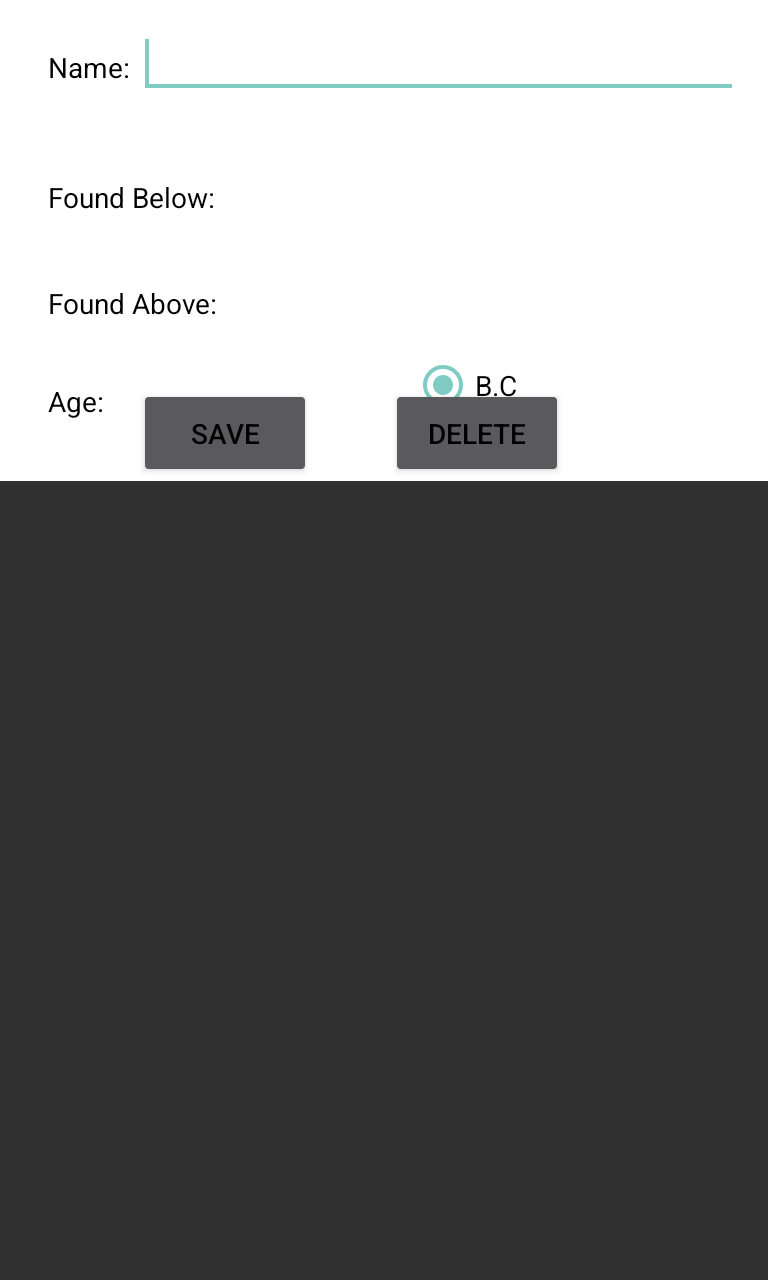
Repository: qfornaguera/AppQuelogy
Layout: AppQueology/res/layout/activity_artifact.xml
An editor plug-in stored every save of this project. The layout is shown before and after the next save, followed by the edit.
It is drawn on a 768 x 1280 px phone screen (xhdpi) without system bars, with theme Theme.AppCompat; the app's code is not run.

Above is the layout before, as saved 2014-04-27 21:06:11.

After the next save:
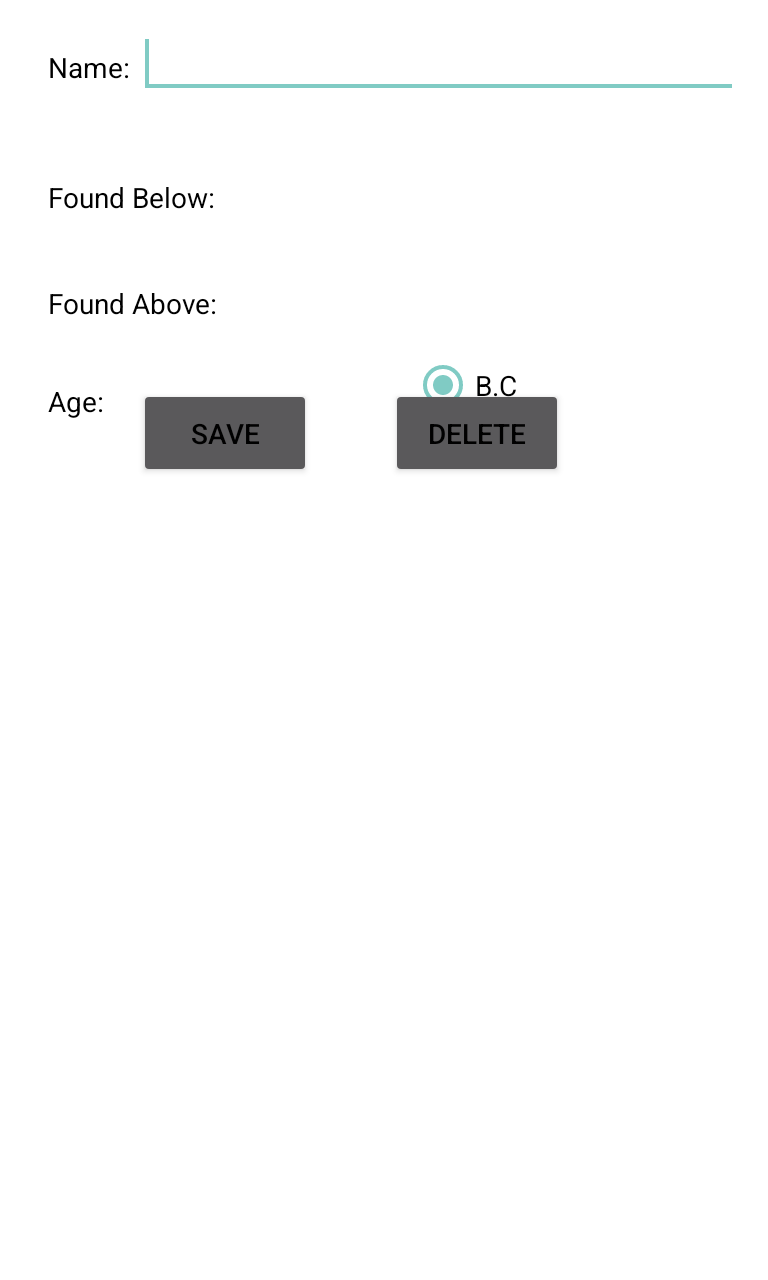
Saved 8 s later.
--- a/AppQueology/res/layout/activity_artifact.xml
+++ b/AppQueology/res/layout/activity_artifact.xml
@@ -1,8 +1,8 @@
 <RelativeLayout xmlns:tools="http://schemas.android.com/tools"
     xmlns:android="http://schemas.android.com/apk/res/android"
     android:layout_width="wrap_content"
-    android:layout_height="wrap_content" >
-    android:background="#ffffff"
+    android:layout_height="wrap_content"
+    android:background="#ffffff" >
 
 	<ScrollView
 	    android:layout_width="wrap_content"
